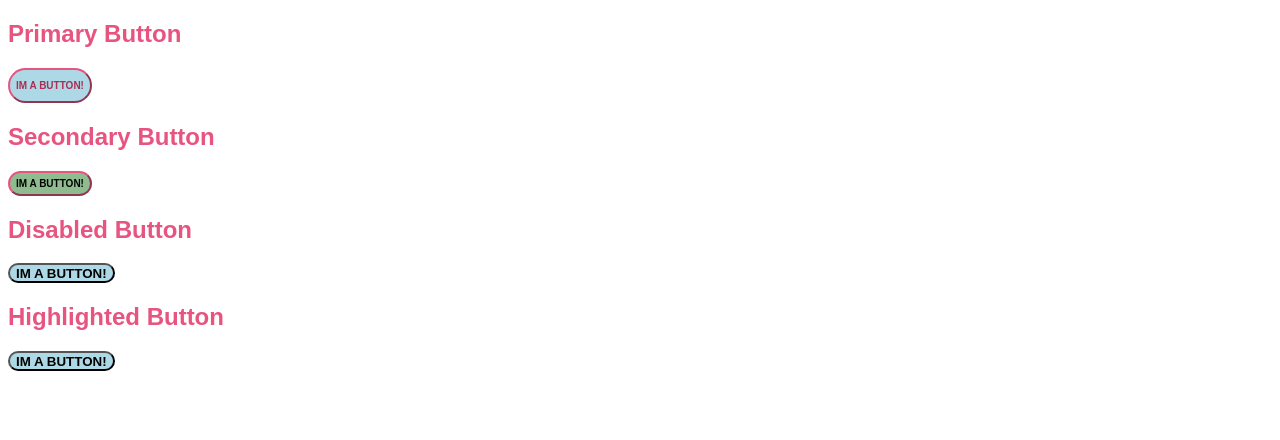
Repository: Jvien2/3126-repo
Page: index.html
These files come from the project's save history. The page is drawn as it stood at one moment and after the next save; the edit follows.
The browser window is 1280 px wide. The pictures show the whole page.

Above is the page before, as saved 2026-10-01 01:10:48.
Not found: code.js

### index.html
<!DOCTYPE html>
<html lang="en">
<head>
    <meta charset="UTF-8">
    <meta name="viewport" content="width=device-width, initial-scale=1.0">
    <title>Assignment 1</title>
    <link rel="stylesheet" href="style.css">
    <script src="code.js" defer></script>
</head>
<body>
    <!-- regular button -->
    <!-- <h2>No Modifier</h2>
        <button class="btn">IM A BUTTON!</button> -->

    <!-- prmary -->
    <h2>Primary Button</h2>
        <button class="btn btn-primary">IM A BUTTON!</button>

    <!-- secondary -->
    <h2>Secondary Button</h2>
         <button class="btn btn-secondary">IM A BUTTON!</button>

    <!-- disabled -->
    <h2>Disabled Button</h2>
         <button class="btn btn-disabled">IM A BUTTON!</button>

    <!-- highlighted -->
    <h2>Highlighted Button</h2>
         <button class="btn btn-highlight">IM A BUTTON!</button>

</body>
</html>

### style.css
h2 {
    color: #e75480;
    font-family: Arial, Helvetica, sans-serif;
}

.btn {
    width: fit-content;
    height: 20px;
    border-radius: 20px;
    background-color: lightblue;
    font-weight: bold;

}

.btn-primary {
    color:#ab2e53;
    height: 35px;
    font-size: 10px;
    border-color: #e75480;
}


.btn-secondary {
    background-color:darkseagreen;
    border-color: #e75480;
    height: 25px;
    font-size: 10px;
}

.btn-primary.btn-disabled {

}

After the next save:
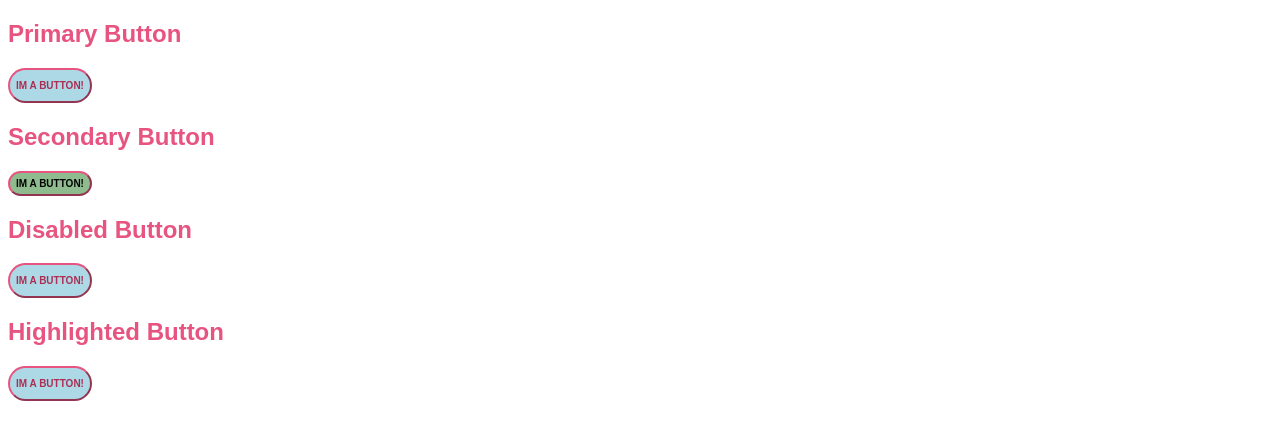
Saved 119 s later.
--- a/index.html
+++ b/index.html
@@ -22,11 +22,11 @@
 
     <!-- disabled -->
     <h2>Disabled Button</h2>
-         <button class="btn btn-disabled">IM A BUTTON!</button>
+         <button class="btn btn-primary btn-disabled">IM A BUTTON!</button>
 
     <!-- highlighted -->
     <h2>Highlighted Button</h2>
-         <button class="btn btn-highlight">IM A BUTTON!</button>
+         <button class="btn btn-primary btn-highlight">IM A BUTTON!</button>
 
 </body>
 </html>
